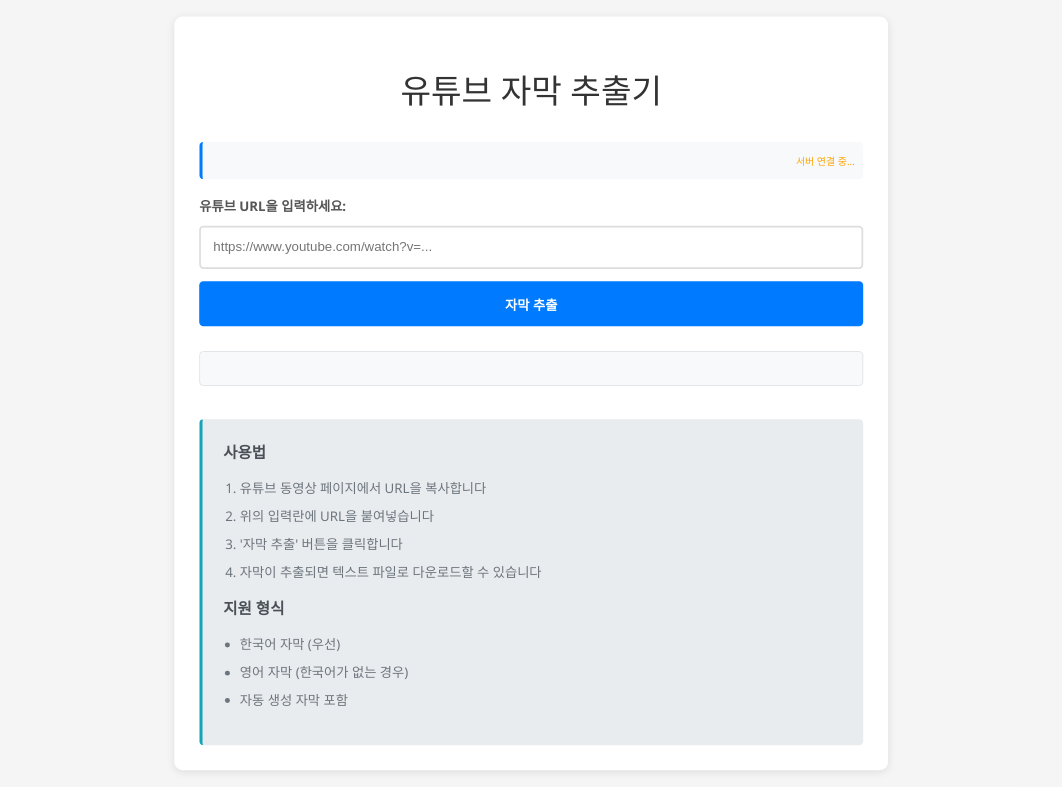
Repository: jaeu-choi/yt-transcript-extract
Page: Frontend/index.html
The author's editor kept a copy of each file at every save. The page is drawn from the files as they stood at one save, then again after the next save.
The browser window is 1280 px wide. The pictures show the whole page, at 83% of full size.

Above is the page before, as saved 2025-06-13 21:20:22.
Console error: TypeError: Cannot read properties of null (reading 'addEventListener')

### Frontend/index.html
<!DOCTYPE html>
<html lang="ko">
  <head>
    <meta charset="UTF-8" />
    <meta name="viewport" content="width=device-width, initial-scale=1.0" />
    <title>유튜브 자막 추출기</title>
    <link rel="stylesheet" href="index.css" />
  </head>
  <body>
    <div class="container">
      <h1>유튜브 자막 추출기</h1>

      <!-- 서버 상태 표시 -->
      <div class="status-bar">
        <span id="server-status" style="font-size: 12px; color: orange">
          서버 연결 중...
        </span>
      </div>

      <div class="input-section">
        <label for="urlInput">유튜브 URL을 입력하세요:</label>
        <input
          type="url"
          id="urlInput"
          placeholder="https://www.youtube.com/watch?v=..."
          required
        />
        <button onclick="submitUrl()" id="submitButton">자막 추출</button>
      </div>

      <!-- 로딩 표시 -->
      <div id="loading" style="display: none">
        <div class="loading-spinner"></div>
        <p>자막을 추출하고 있습니다. 잠시만 기다려주세요...</p>
      </div>

      <!-- 결과 표시 -->
      <div id="result"></div>

      <!-- 사용법 안내 -->
      <div class="help-section">
        <h3>사용법</h3>
        <ol>
          <li>유튜브 동영상 페이지에서 URL을 복사합니다</li>
          <li>위의 입력란에 URL을 붙여넣습니다</li>
          <li>'자막 추출' 버튼을 클릭합니다</li>
          <li>자막이 추출되면 텍스트 파일로 다운로드할 수 있습니다</li>
        </ol>

        <h3>지원 형식</h3>
        <ul>
          <li>한국어 자막 (우선)</li>
          <li>영어 자막 (한국어가 없는 경우)</li>
          <li>자동 생성 자막 포함</li>
        </ul>
      </div>
    </div>

    <script src="index.js"></script>
  </body>
</html>

### Frontend/index.css
body {
  font-family: "Segoe UI", Tahoma, Geneva, Verdana, sans-serif;
  margin: 0;
  padding: 20px;
  background-color: #f5f5f5;
  line-height: 1.6;
}

.container {
  max-width: 800px;
  margin: 0 auto;
  background: white;
  padding: 30px;
  border-radius: 10px;
  box-shadow: 0 2px 10px rgba(0, 0, 0, 0.1);
}

h1 {
  color: #333;
  text-align: center;
  margin-bottom: 30px;
  font-size: 2.5em;
  font-weight: 300;
}

.status-bar {
  text-align: right;
  margin-bottom: 20px;
  padding: 10px;
  background-color: #f8f9fa;
  border-radius: 5px;
  border-left: 4px solid #007bff;
}

.input-section {
  margin-bottom: 30px;
}

label {
  display: block;
  margin-bottom: 10px;
  font-weight: 600;
  color: #555;
}

input[type="url"] {
  width: 100%;
  padding: 15px;
  border: 2px solid #ddd;
  border-radius: 5px;
  font-size: 16px;
  margin-bottom: 15px;
  box-sizing: border-box;
  transition: border-color 0.3s ease;
}

input[type="url"]:focus {
  outline: none;
  border-color: #007bff;
  box-shadow: 0 0 0 3px rgba(0, 123, 255, 0.1);
}

button {
  background-color: #007bff;
  color: white;
  padding: 15px 30px;
  border: none;
  border-radius: 5px;
  cursor: pointer;
  font-size: 16px;
  font-weight: 600;
  transition: background-color 0.3s ease;
  width: 100%;
}

button:hover {
  background-color: #0056b3;
}

button:active {
  transform: translateY(1px);
}

button:disabled {
  background-color: #6c757d;
  cursor: not-allowed;
}

#loading {
  text-align: center;
  padding: 30px;
  background-color: #f8f9fa;
  border-radius: 5px;
  margin: 20px 0;
}

.loading-spinner {
  border: 4px solid #f3f3f3;
  border-top: 4px solid #007bff;
  border-radius: 50%;
  width: 40px;
  height: 40px;
  animation: spin 1s linear infinite;
  margin: 0 auto 15px;
}

@keyframes spin {
  0% {
    transform: rotate(0deg);
  }
  100% {
    transform: rotate(360deg);
  }
}

#result {
  margin-top: 30px;
  padding: 20px;
  background-color: #f8f9fa;
  border-radius: 5px;
  border: 1px solid #dee2e6;
}

#result h3 {
  margin-top: 0;
  color: #333;
}

#result textarea {
  font-family: "Courier New", monospace;
  resize: vertical;
  min-height: 200px;
}

#result button {
  margin-top: 15px;
  width: auto;
  display: inline-block;
  background-color: #28a745;
}

#result button:hover {
  background-color: #218838;
}

.help-section {
  margin-top: 40px;
  padding: 25px;
  background-color: #e9ecef;
  border-radius: 5px;
  border-left: 4px solid #17a2b8;
}

.help-section h3 {
  color: #495057;
  margin-top: 0;
  margin-bottom: 15px;
}

.help-section ol,
.help-section ul {
  padding-left: 20px;
}

.help-section li {
  margin-bottom: 8px;
  color: #6c757d;
}

/* 반응형 디자인 */
@media (max-width: 768px) {
  .container {
    margin: 10px;
    padding: 20px;
  }

  h1 {
    font-size: 2em;
  }

  input[type="url"],
  button {
    font-size: 14px;
  }
}

/* 다크 모드 지원 */
@media (prefers-color-scheme: dark) {
  body {
    background-color: #121212;
    color: #e0e0e0;
  }

  .container {
    background: #1e1e1e;
    box-shadow: 0 2px 10px rgba(0, 0, 0, 0.3);
  }

  h1 {
    color: #e0e0e0;
  }

  .status-bar {
    background-color: #2d3748;
    border-left-color: #4299e1;
  }

  input[type="url"] {
    background-color: #2d3748;
    border-color: #4a5568;
    color: #e0e0e0;
  }

  input[type="url"]:focus {
    border-color: #4299e1;
    box-shadow: 0 0 0 3px rgba(66, 153, 225, 0.1);
  }

  #loading,
  #result {
    background-color: #2d3748;
    border-color: #4a5568;
  }

  .help-section {
    background-color: #2d3748;
    border-left-color: #38b2ac;
  }

  .help-section h3 {
    color: #e0e0e0;
  }
}

### Frontend/index.js
// 포트를 5000부터 5100까지 찾아서 연결
async function findServerPort() {
  for (let port = 5000; port <= 5100; port++) {
    try {
      const response = await fetch(`http://127.0.0.1:${port}/health`);
      if (response.ok) {
        return port;
      }
    } catch (error) {
      // 다음 포트 시도
    }
  }
  throw new Error("Python server not found");
}

// 기존 submit 이벤트 리스너 수정
document
  .getElementById("submit-btn")
  .addEventListener("click", async function (event) {
    event.preventDefault();

    try {
      const port = await findServerPort();
      const url = document.getElementById("url-input-form").value;

      const response = await fetch(`http://127.0.0.1:${port}/submit-url`, {
        method: "POST",
        headers: { "Content-Type": "application/json" },
        body: JSON.stringify({ target_url: url, format: "json" }),
      });

      if (!response.ok) throw new Error("HTTP 오류");

      const data = await response.json();
      const textBox = document.getElementById("codeArea");
      textBox.value = data.subTitles || "응답없음";
    } catch (error) {
      console.error("에러 발생:", error);
      alert("서버 연결에 실패했습니다.");
    }
  });

After the next save:
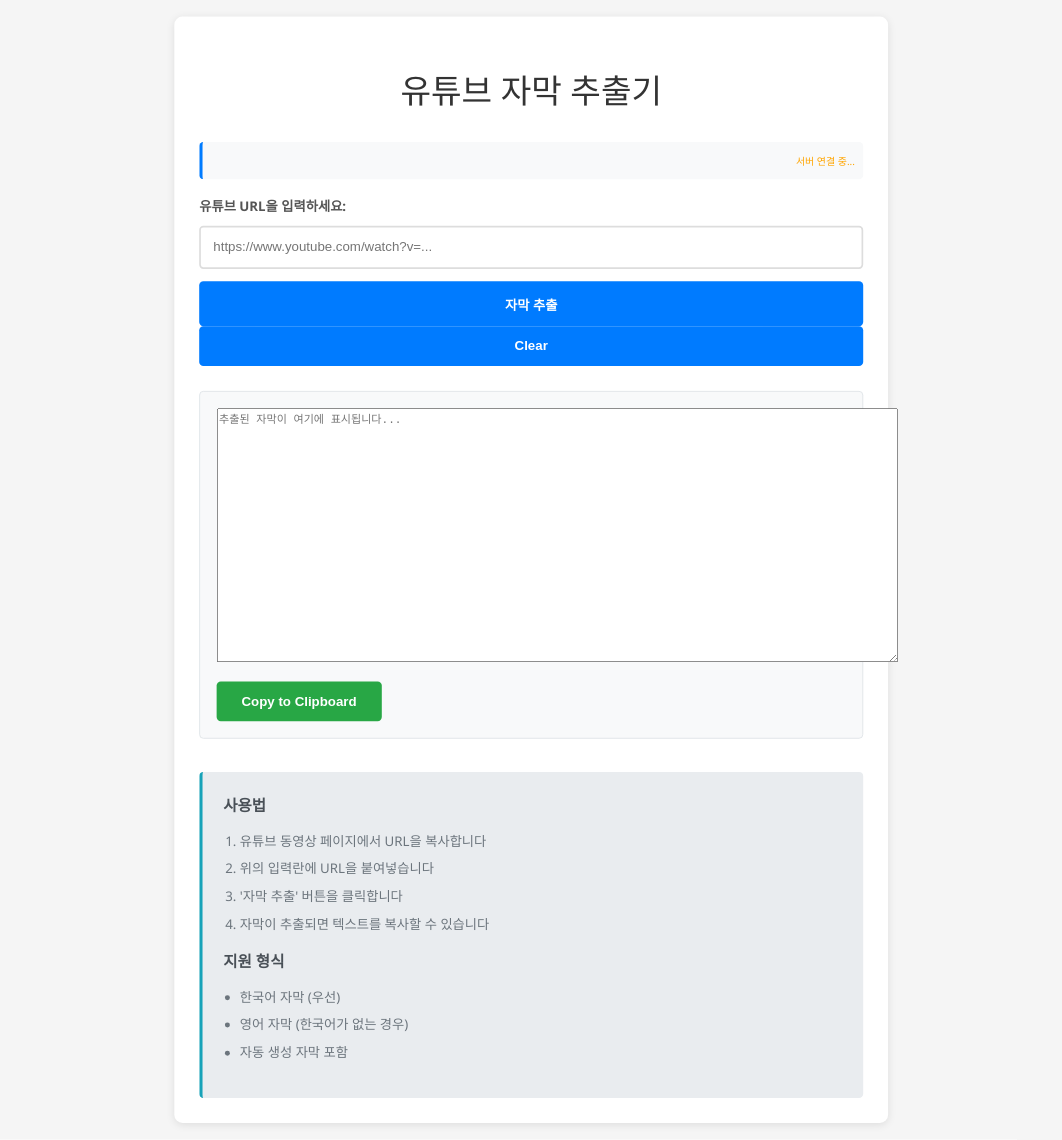
The error is gone.
Saved 14 min 48 s later.
--- a/Frontend/index.html
+++ b/Frontend/index.html
@@ -18,14 +18,15 @@
       </div>
 
       <div class="input-section">
-        <label for="urlInput">유튜브 URL을 입력하세요:</label>
+        <label for="url-input-form">유튜브 URL을 입력하세요:</label>
         <input
           type="url"
-          id="urlInput"
+          id="url-input-form"
           placeholder="https://www.youtube.com/watch?v=..."
           required
         />
-        <button onclick="submitUrl()" id="submitButton">자막 추출</button>
+        <button id="submit-btn">자막 추출</button>
+        <button id="clear-btn">Clear</button>
       </div>
 
       <!-- 로딩 표시 -->
@@ -35,7 +36,16 @@
       </div>
 
       <!-- 결과 표시 -->
-      <div id="result"></div>
+      <div id="result">
+        <textarea
+          id="codeArea"
+          rows="20"
+          cols="100"
+          placeholder="추출된 자막이 여기에 표시됩니다..."
+        ></textarea>
+        <br />
+        <button onclick="copyToClipboard()">Copy to Clipboard</button>
+      </div>
 
       <!-- 사용법 안내 -->
       <div class="help-section">
@@ -44,7 +54,7 @@
           <li>유튜브 동영상 페이지에서 URL을 복사합니다</li>
           <li>위의 입력란에 URL을 붙여넣습니다</li>
           <li>'자막 추출' 버튼을 클릭합니다</li>
-          <li>자막이 추출되면 텍스트 파일로 다운로드할 수 있습니다</li>
+          <li>자막이 추출되면 텍스트를 복사할 수 있습니다</li>
         </ol>
 
         <h3>지원 형식</h3>
